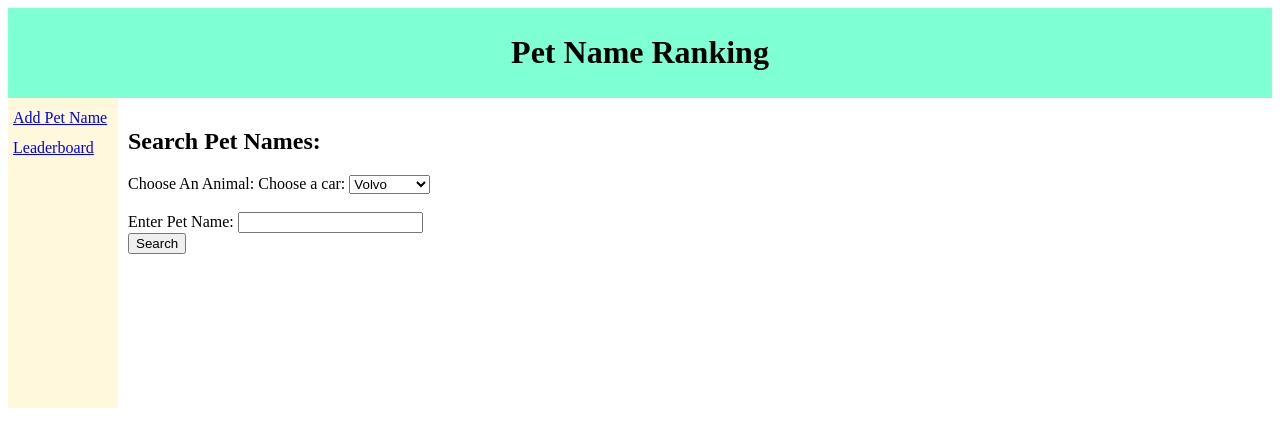
Repository: mutterbucket/TriplettTermProject4830
Page: workspaceCSCI4830-tech-excercise-Triplett/techExcerciseTriplett/WebContent/home_search.html
The author's editor kept a copy of each file at every save. The page is drawn from the files as they stood at one save, then again after the next save.
The browser window is 1280 px wide. The pictures show the whole page.

Above is the page before, as saved 2020-02-21 22:49:43.

### workspaceCSCI4830-tech-excercise-Triplett/techExcerciseTriplett/WebContent/home_search.html
<!DOCTYPE html>
<html>
<head>
<meta charset="ISO-8859-1">
<style type="text/css">
header {
    background-color:aquamarine;
    color: black;
    text-align: center;
    padding: 5px;
}
nav {
    line-height:30px;
    background-color:cornsilk;
    height:300px;
    width:100px;
    float:left;
    padding:5px;
}
section {
    width:350px;
    float:left;
    padding:10px;
}
footer {
    background-color:19FFBD;
    color:black;
    clear:both;
    text-align:center;
    padding:5px;
}
</style>
</head>
<body>
<header>
<h1>Pet Name Ranking</h1>
</header>

<nav>
<a href="/techExcerciseTriplett/add_name.html">Add Pet Name</a> <br>
<a href="/techExcerciseTriplett/leaderboard.html">Leaderboard</a> <br>
</nav>

<section>
	<h1>Search Pet Names:</h1>

	<form action="SearchNames" method="POST">
		Choose An Animal: <label for="cars">Choose a car:</label>
		<select id="cars">
  			<option value="volvo">Volvo</option>
  			<option value="saab">Saab</option>
  			<option value="mercedes">Mercedes</option>
 			<option value="audi">Audi</option>
		</select>
    	<br><br>
		Enter Pet Name: <input type="text" name="keyword"> <br />

		<input type="submit" value="Search" />
	</form>

</section>
</body>
</html>

After the next save:
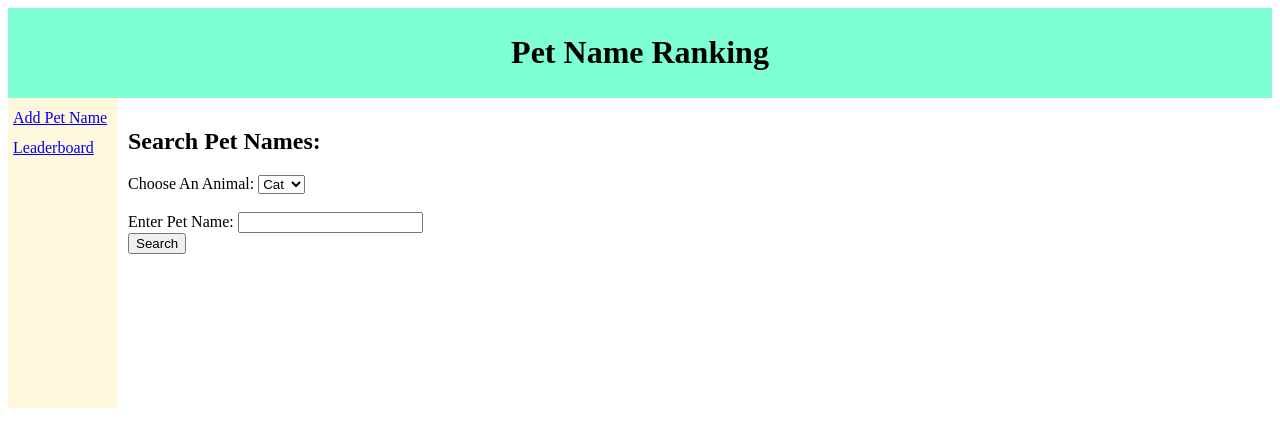
Saved 77 s later.
--- a/workspaceCSCI4830-tech-excercise-Triplett/techExcerciseTriplett/WebContent/home_search.html
+++ b/workspaceCSCI4830-tech-excercise-Triplett/techExcerciseTriplett/WebContent/home_search.html
@@ -45,12 +45,11 @@ footer {
 	<h1>Search Pet Names:</h1>
 
 	<form action="SearchNames" method="POST">
-		Choose An Animal: <label for="cars">Choose a car:</label>
-		<select id="cars">
-  			<option value="volvo">Volvo</option>
-  			<option value="saab">Saab</option>
-  			<option value="mercedes">Mercedes</option>
- 			<option value="audi">Audi</option>
+		<label for="pets">Choose An Animal: </label>
+		<select id="pets">
+  			<option value="cat">Cat</option>
+  			<option value="dog">Dog</option>
+  			<option value="bird">Bird</option>
 		</select>
     	<br><br>
 		Enter Pet Name: <input type="text" name="keyword"> <br />
